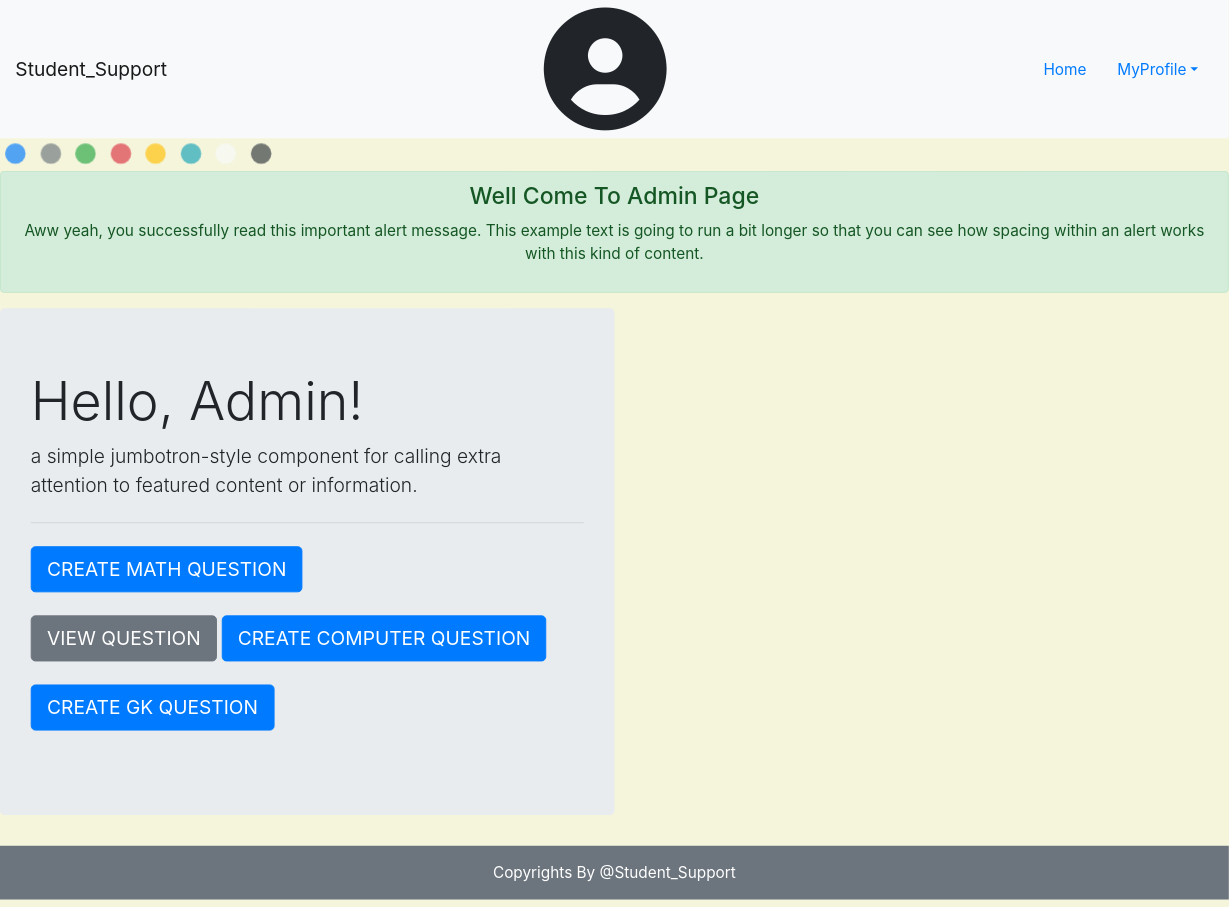
Repository: FeelHack/STUDENT-EXAMINATION-SYSTEM
Page: http://localhost/Exam_System/Admin/admin.jsp
These files come from the project's save history. The page is drawn as it stood at one moment and after the next save; the edit follows.
The browser window is 1280 px wide. The pictures show the whole page, at 96% of full size.
Some web libraries are served in a nearby version. The page is served by Tomcat 9.

Above is the page before, as saved 2020-03-12 07:14:42.

After the next save:
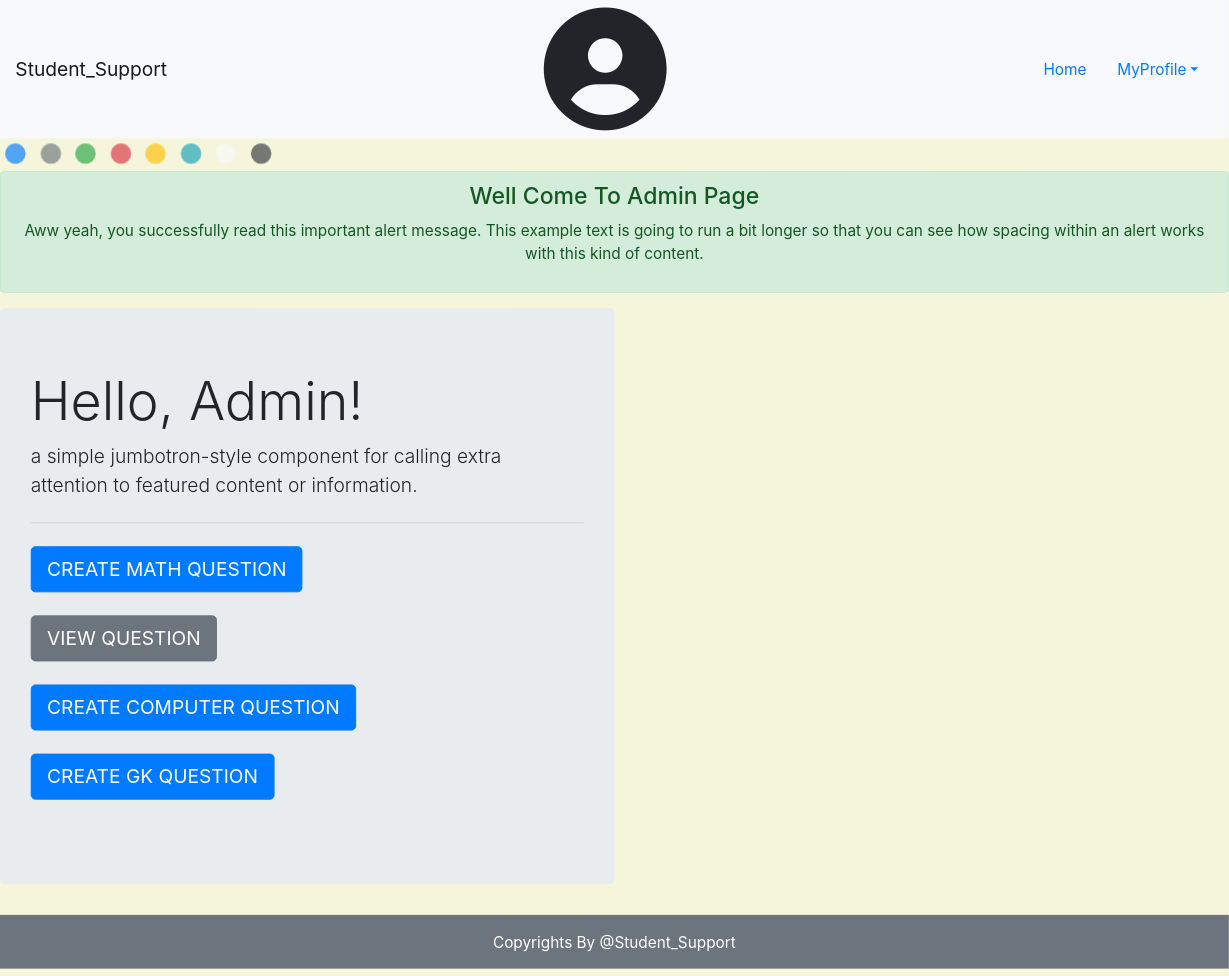
Saved 10 s later.
--- a/Exam System/WebContent/Admin/admin.jsp
+++ b/Exam System/WebContent/Admin/admin.jsp
@@ -82,7 +82,7 @@
     <p class="lead"> a simple jumbotron-style component for calling extra attention to featured content or information.</p>
     <hr class="my-4">
     <a class="btn btn-primary btn-lg" href="Math.jsp" role="button" target="">CREATE MATH QUESTION</a><br><br>
-    <a class="btn btn-secondary btn-lg" href="ViewQuestion.jsp" role="button">VIEW QUESTION</a>
+    <a class="btn btn-secondary btn-lg" href="ViewQuestion.jsp" role="button">VIEW QUESTION</a><br><br>
     <a class="btn btn-primary btn-lg" href="Computer.jsp" role="button" target="">CREATE COMPUTER QUESTION</a><br><br>
     <a class="btn btn-primary btn-lg" href="Gk.jsp" role="button" target="">CREATE GK QUESTION</a><br><br>
 
